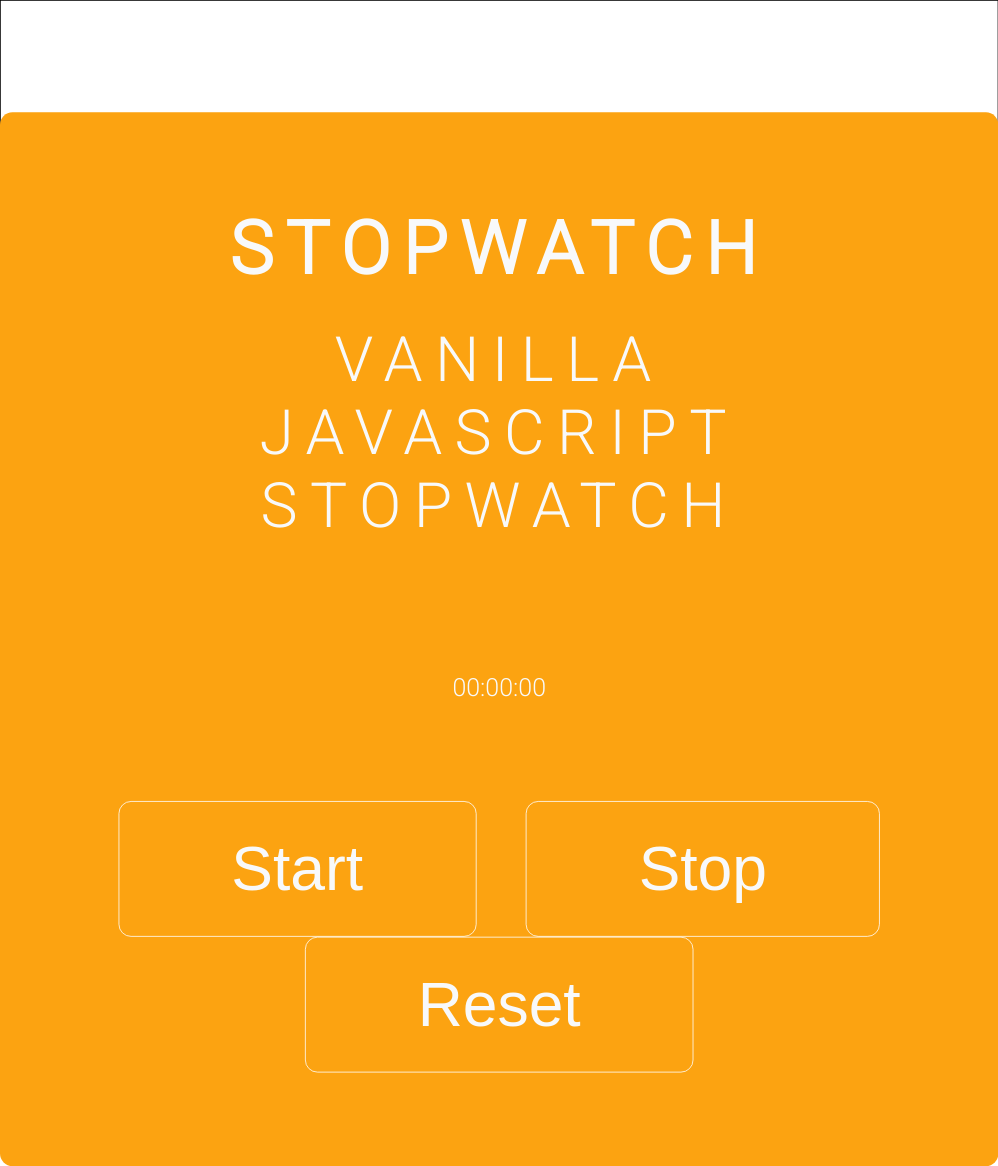
Repository: siaxiong/siaxiong.github.io
Page: doc/stopWatch.html
An editor plug-in stored every save of this project. The page is shown before and after the next save, followed by the edit.
The browser window is 1280 px wide. The pictures show the whole page, at 78% of full size.

Above is the page before, as saved 2021-03-11 16:27:21.

### doc/stopWatch.html
<!DOCTYPE html>
<html lang="en">

<head>
    <meta charset="UTF-8">
    <meta http-equiv="X-UA-Compatible" content="IE=edge">
    <meta name="viewport" content="width=device-width, initial-scale=1.0">
    <link rel="preconnect" href="https://fonts.gstatic.com">
    <link href="https://fonts.googleapis.com/css2?family=Roboto:wght@300&display=swap" rel="stylesheet">
    <title>StopWatch</title>
</head>

<style>
    * {
        box-sizing: border-box;
        padding: 0;
        margin: 0;
    }


    .container {
        border: 1px solid black;
        height: 100vh;
    }

    .stopwatch {
        margin: 0 auto;
        width: 100%;

        color: #f8f9fa;
        font-family: 'Roboto', sans-serif;
        text-align: center;

        font-size: 1.5rem;
        border-radius: 0.2em;

    }

    .stopwatch--orange {
        background-color: #fca311;

    }

    .stopwatch__title,
    .stopwatch__buttons {
        padding: 1.5em;
        /* margin: 1em 0; */
        /* border: 1px solid yellow; */
    }

    .stopwatch__title {
        overflow-wrap: break-word;
        letter-spacing: 0.2em;
        /* font-size: 1.5rem; */
    }

    .stopwatch__title>* + *{
        margin: 0.5em 0;

    }

    .stopwatch__buttons {
        display: flex;
        justify-content: space-around;
        flex-wrap: wrap;
    }

    .stopwatch__button:focus {
        /* outline: none */
    }



    .stopwatch__time {
        overflow-wrap: break-word;
        font-size: 2rem;
        padding: 0.2em;
    }

    .stopwatch__buttons>* {
        border: 1px solid #fff;
        border-radius: 0.2em;
        padding: 0.5em 1.8em;
        font-size: inherit;
        color: inherit;
        background-color: inherit;

    }

    .stopwatch--position {
        position: absolute;
        top: 20%;
        left: 50%;
        transform: translateX(-50%);

    }

    .stopwatch--medium {
        font-size: 5rem;
    }

    @media only screen and (max-width: 700px) {
        .stopwatch {
            max-width: 90%;
        }
    }

    @media only screen and (max-width:556px) {
        .stopwatch__buttons>* {
            flex: 1;
        }
    }
</style>

<body>

    <!-----USE BEM METHODOLOGY-->
    <div class="container">

        <div class="stopwatch stopwatch--orange stopwatch--medium stopwatch--position">
            <div class="stopwatch__title">
                <h3>STOPWATCH</h3>
                <p>VANILLA JAVASCRIPT STOPWATCH</p>
            </div>

            <div id="stopwatch__time" class="stopwatch__time">
                00:00:00

            </div>

            <div class="stopwatch__buttons">
                <button id="stopwatch__button--start" class="stopwatch__button">
                    Start
                </button>
                <button id="stopwatch__button--stop" class="stopwatch__button">
                    Stop
                </button>
                <button id="stopwatch__button--reset"class="stopwatch__button">
                    Reset
                </button>
            </div>

        </div>

    </div>

    <script>

        let startButton = document.getElementById('stopwatch__button--start');
        let stopButton = document.getElementById('stopwatch__button--stop');
        let resetButton = document.getElementById('stopwatch__button--reset');

        let startTime;
        let elapsedTime = 0;
        let timerInterval;

        startButton.addEventListener("click", start);
        stopButton.addEventListener("click", stop);
        resetButton.addEventListener("click", reset);



        function start(){
            startTime = Date.now() - elapsedTime;
            timerInterval = setInterval(function printTime(){
                elapsedTime = Date.now() - startTime;
                print(timeToString(elapsedTime));
            }, 10)
        }

        function stop(){
            clearInterval(timerInterval);
        }

        function reset(){
            clearInterval(timerInterval);
            print("00:00:00");
            elapsedTime = 0;
        }

        function print(txt){
            document.getElementById("stopwatch__time").innerHTML = txt;
        }

        function timeToString(time) {

            let diffInHrs = time / 3600000;
            let hh = Math.floor(diffInHrs)

            let diffInMin = (diffInHrs - hh) * 60;
            let mm = Math.floor(diffInMin)

            let diffInSec = (diffInMin - mm) * 60;
            let ss = Math.floor(diffInSec);

            let DiffInMs = (diffInSec - ss) * 100;
            let ms = Math.floor(DiffInMs);


            let formattedMM = mm.toString().padStart(2, "0");
            let formattedSS = ss.toString().padStart(2, "0");
            let formattedMS = ms.toString().padStart(2, "0");


            return `${formattedMM}:${formattedSS}:${formattedMS}`;
        }




    </script>


</body>

</html>

After the next save:
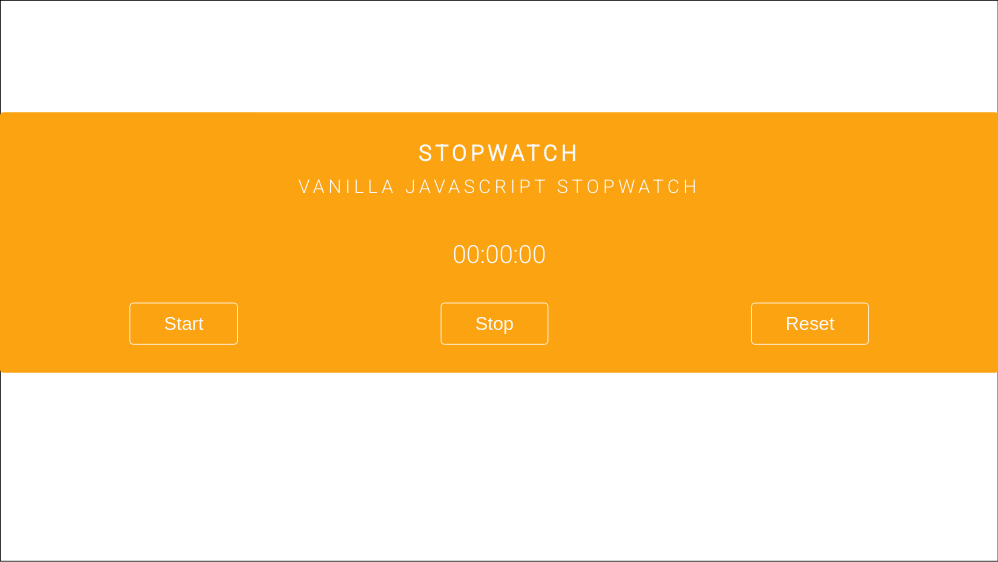
Saved 8 s later.
--- a/doc/stopWatch.html
+++ b/doc/stopWatch.html
@@ -96,7 +96,7 @@
     }
 
     .stopwatch--medium {
-        font-size: 5rem;
+        /* font-size: 5rem; */
     }
 
     @media only screen and (max-width: 700px) {
